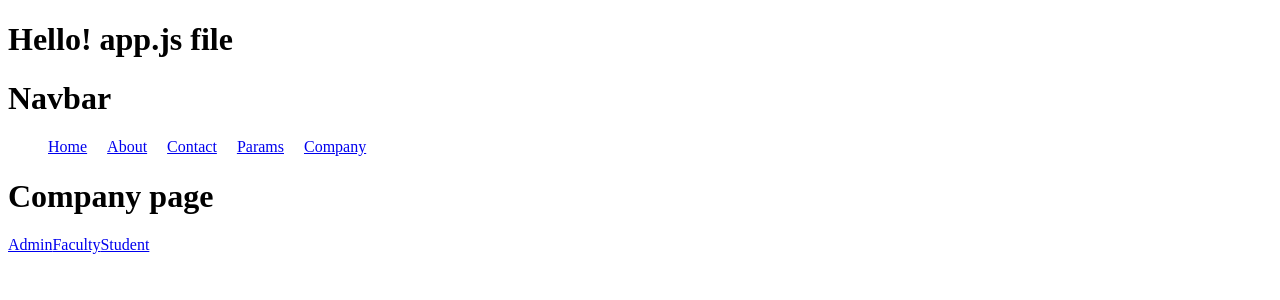
Repository: Gulzarokz/React_Course_Review
Page: /company (app in vite-Project/)
These files come from the project's save history. The page is drawn as it stood at one moment and after the next save; the edit follows.
The browser window is 1280 px wide. The pictures show the whole page.
The project was rebuilt for these pictures with package versions that can differ from the ones it lists, and the page was loaded fresh each time. Also part of the build but not shown: vite-Project/vite.config.js, vite-Project/src/MyRoutes/Home.jsx, vite-Project/src/MyRoutes/About.jsx, vite-Project/src/MyRoutes/PageNotFound.jsx, vite-Project/src/MyRoutes/Employee.jsx, vite-Project/src/MyRoutes/Contact.jsx, vite-Project/src/MyRoutes/SerachParams.jsx, vite-Project/src/MyRoutes/Admin.jsx and 2 more.

Above is the page before, as saved 2026-05-07 12:31:21.

### vite-Project/index.html
<!doctype html>
<html lang="en">

<head>
  <meta charset="UTF-8" />
  <link rel="icon" type="image/svg+xml" href="/favicon.svg" />
  <meta name="viewport" content="width=device-width, initial-scale=1.0" />
  <title>React js Review</title>
</head>

<body>
  <div id="root"></div>
  <script type="module" src="/src/main.jsx"></script>
</body>

</html>

### vite-Project/src/App.jsx
import { useState } from 'react';
import { BrowserRouter, Route, Routes, Navigate } from 'react-router-dom';
import Home from './MyRoutes/Home';
import About from './MyRoutes/About';
import Navbar from './MyRoutes/Navbar';
import PageNotFound from './MyRoutes/PageNotFound';
import Employee from './MyRoutes/Employee';
import Contact from './MyRoutes/Contact';
import SerachParams from './MyRoutes/SerachParams';
import Company from './MyRoutes/Company';
import Admin from './MyRoutes/Admin';
import Faculty from './MyRoutes/Faculty';
import Student from './MyRoutes/Student';











function App() {
  // const [count, setCount] = useState(0)

  // function getData() {
  //   alert('Hello How are you!')
  // }
  return (
    <>
      <h1>Hello! app.js file</h1>
      <BrowserRouter>
        <Navbar />
        <Routes>
          <Route path='/home' element={<Home />} />
          <Route path='/about' element={<About />} />
          <Route path='/contact' element={<Contact />} />
          <Route path='/params' element={<SerachParams />} />
          <Route path='/company' element={<Company />}>
            <Route path='/company/admin' element={<Admin />} />
            <Route path='/company/faculty' element={<Faculty />} />
            <Route path='/company/student' element={<Student />} />
          </Route>
          {/* <Route path='/*' element={<PageNotFound />} /> */}
          {/* <Route path='/employee/:name/:age' element={<Employee />} />
          <Route path='/*' element={<Navigate to="/home" />} /> */}
        </Routes>
      </BrowserRouter>













    </>
  )
}
export default App

### vite-Project/src/MyRoutes/Navbar.jsx
import React from 'react'
import { NavLink } from 'react-router-dom'
const Navbar = () => {
    return (
        <>
            <h1>Navbar</h1>
            <ul style={{ display: 'flex', gap: '20px', listStyle: 'none', textDecoration: 'none' }}>
                <li><NavLink to="/home">Home</NavLink></li>
                <li><NavLink to="/about">About</NavLink></li>
                <li><NavLink to="/contact">Contact</NavLink></li>

                <li><NavLink to="/params">Params</NavLink></li>
                <li><NavLink to='/company'>Company</NavLink></li>
            </ul >
        </>
    )
}

export default Navbar

### vite-Project/src/MyRoutes/Company.jsx
import React from 'react'
import { Link, Outlet } from 'react-router-dom'

const Company = () => {
    return (
        <>
            <h1>Company page</h1>
            <Link to='/admin'>Admin</Link>
            <Link to='/faculty'>Faculty</Link>
            <Link to='/student'>Student</Link>
            <Outlet />
        </>
    )
}

export default Company

Loaded but not shown: vite-Project/src/main.jsx (common file)

After the next save:
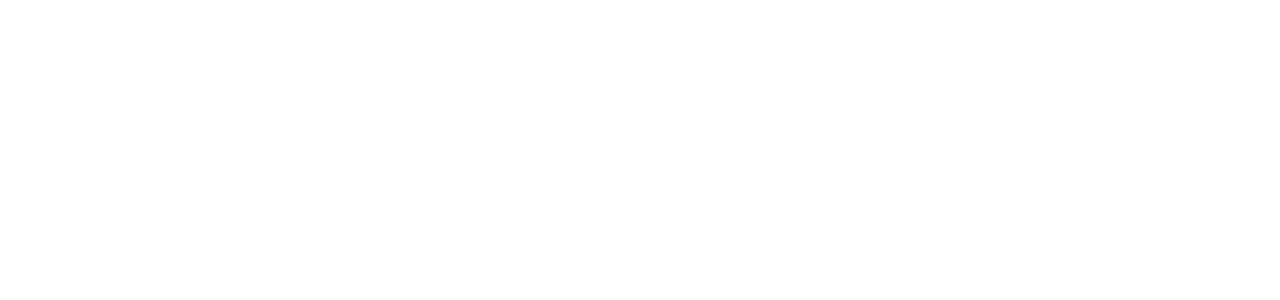
Console error (its wording comes from the project's code and is left out).
Saved 81 s later.
--- a/vite-Project/src/App.jsx
+++ b/vite-Project/src/App.jsx
@@ -38,10 +38,10 @@
           <Route path='/about' element={<About />} />
           <Route path='/contact' element={<Contact />} />
           <Route path='/params' element={<SerachParams />} />
-          <Route path='/company' element={<Company />}>
-            <Route path='/company/admin' element={<Admin />} />
-            <Route path='/company/faculty' element={<Faculty />} />
-            <Route path='/company/student' element={<Student />} />
+          <Route path='/company/*' element={<Company />}>
+            <Route path='/admin' element={<Admin />} />
+            <Route path='/faculty' element={<Faculty />} />
+            <Route path='/student' element={<Student />} />
           </Route>
           {/* <Route path='/*' element={<PageNotFound />} /> */}
           {/* <Route path='/employee/:name/:age' element={<Employee />} />

After the 2 saves that followed:
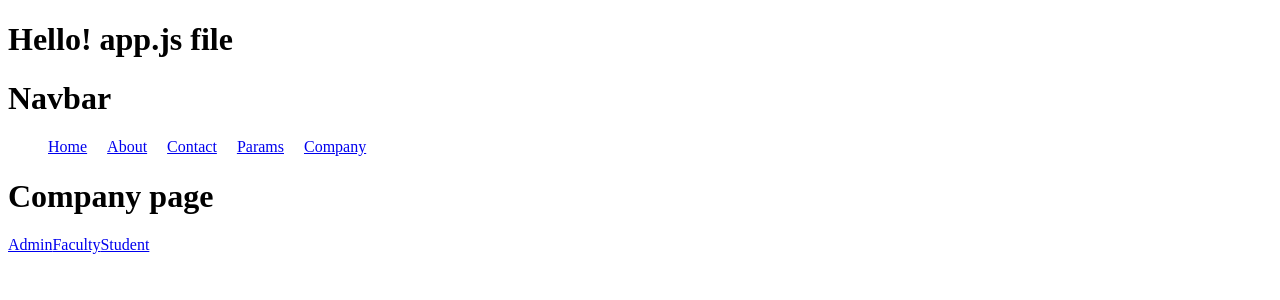
The error is gone.
The 2 saves are shown as one change because 1 left the picture as it was.
The last was saved 54 s later.
--- a/vite-Project/src/App.jsx
+++ b/vite-Project/src/App.jsx
@@ -38,10 +38,10 @@
           <Route path='/about' element={<About />} />
           <Route path='/contact' element={<Contact />} />
           <Route path='/params' element={<SerachParams />} />
-          <Route path='/company/*' element={<Company />}>
-            <Route path='/admin' element={<Admin />} />
-            <Route path='/faculty' element={<Faculty />} />
-            <Route path='/student' element={<Student />} />
+          <Route path='/company/' element={<Company />}>
+            <Route path='/company/admin' element={<Admin />} />
+            <Route path='/company/faculty' element={<Faculty />} />
+            <Route path='/company/student' element={<Student />} />
           </Route>
           {/* <Route path='/*' element={<PageNotFound />} /> */}
           {/* <Route path='/employee/:name/:age' element={<Employee />} />
